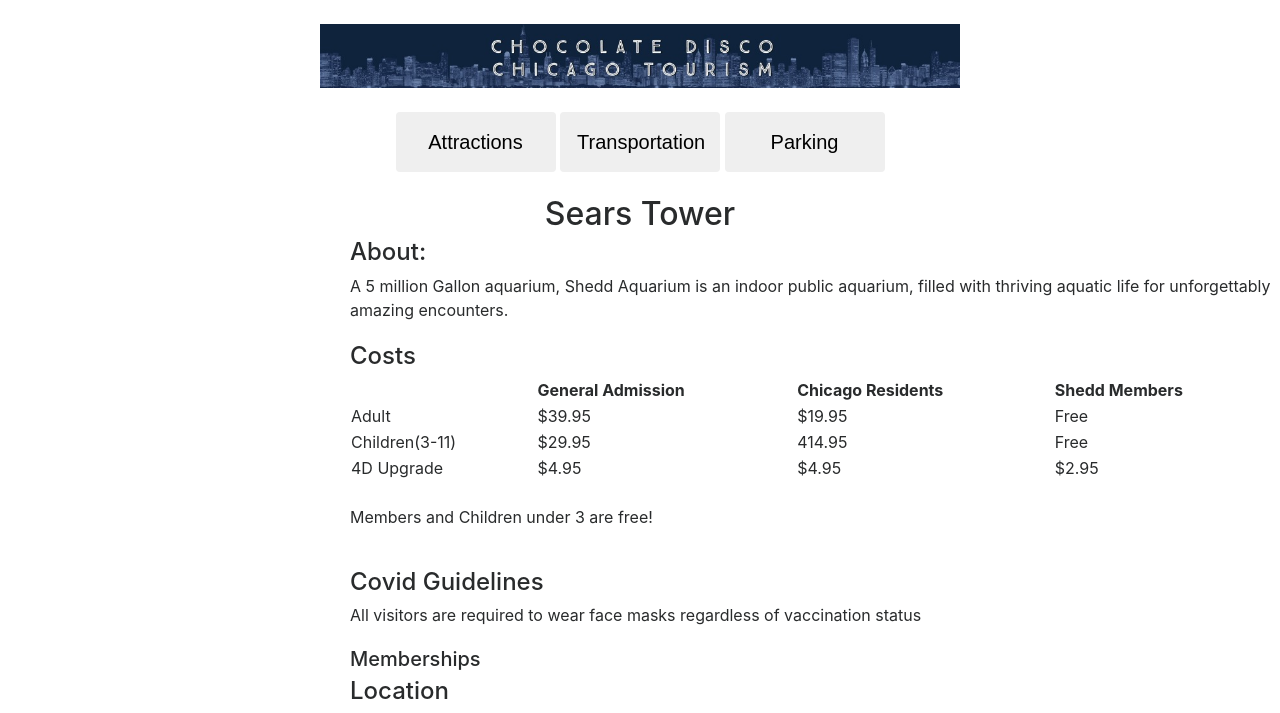
Repository: rkodit2/cs422project
Page: sheddAquarium.html
An editor plug-in stored every save of this project. The page is shown before and after the next save, followed by the edit.
The browser window is 1280 px wide. The pictures show the part of the page from y = 0 to 713 px (the page is 1213 px tall before and 1253 px after).
Pictures or frames that could not be fetched are drawn as grey boxes.

Above is the page before, as saved 2021-11-03 19:46:30.

### sheddAquarium.html
<!DOCTYPE html>
<html>
<head>
    <title>Chocolate Disco Chicago Tourism</title>
    <link rel="stylesheet" href=
    "https://maxcdn.bootstrapcdn.com/bootstrap/4.0.0-alpha.6/css/bootstrap.css">
    <link rel="stylesheet" href="homepage.css">
</head>
<body>
    <br>
    <div id="banner">
      <img src="pictures/banner3.jpg" alt="mainpage banner" class = "center" onclick="location.href='homepage.html';">
    </div>

    <br>
    <div class= "button-center">
        <button type ="button" id="Attractions" class="btn" onclick="location.href='attractions.html';" style="width: 160px; height: 60px; font-size: 20px;"> Attractions </button>
        <button type ="button" id="Transportation" class="btn" onclick="location.href='transportation.html';" style="width: 160px; height: 60px; font-size: 20px"> Transportation </button>
        <button type ="button" id="Parking" class="btn" onclick="location.href='parking.html';" style="width: 160px; height: 60px; font-size: 20px;"> Parking </button>
    </div>
    <br>
    <h2 style="text-align: center;"> Sears Tower </h2>
    <div style = "padding-left: 350px; padding-bottom: 50px;">
        <h4>About:</h4>
        <p style="padding-bottom: 5px;">A 5 million Gallon aquarium, Shedd Aquarium is an indoor public aquarium,
            filled with thriving aquatic life for unforgettably amazing encounters.</p>


        <h4>Costs</h4>

        <table style="width: 100%;">
            <tr>
              <th> </th>
              <th>General Admission</th>
              <th>Chicago Residents</th>
              <th>Shedd Members</th>
            </tr>
            <tr>
              <td>Adult</td>
              <td>$39.95 </td>
              <td>$19.95</td>
              <td>Free</td>
            </tr>
            <tr>
              <td>Children(3-11)</td>
              <td>$29.95</td>
              <td>414.95</td>
              <td>Free</td>
            </tr>
            <tr>
                <td>4D Upgrade</td>
                <td>$4.95</td>
                <td>$4.95</td>
                <td>$2.95</td>
              </tr>
          </table><br>

          <p>Members and Children under 3 are free!
        </p><br>

        <!--
        <p style="padding-bottom: 5px;"> Costs vary based residency: <br>
            Adult (Ages 12+): $39.95 or $19.95 <br>
            Youth (Ages 3-11): $29.95 or $14.95 <br>
            Members and Children under 3 are free!</p>
        -->
        <h4>Covid Guidelines</h4>
        <p style="padding-bottom: 5px;">All visitors are required to wear face masks regardless of vaccination status</p>

        <h5>Memberships</h5>


        <h4>Location</h4>
        <div class="gmap">
            <iframe src="https://www.google.com/maps/embed?pb=!1m18!1m12!1m3!1d20710.383687143636!2d-87.62450009179427!3d41.87211291519135!2m3!1f0!2f0!3f0!3m2!1i1024!2i768!4f13.1!3m3!1m2!1s0x880e2b635fb775f9%3A0x32059de3df50fbdf!2sShedd%20Aquarium!5e0!3m2!1sen!2sus!4v1635986667454!5m2!1sen!2sus" width="600" height="450" style="border:0;" allowfullscreen="" loading="lazy"></iframe>
            <p style="padding-left: 20px; padding-top: 150px; font-size: 20px;">
                1200 S Lake Shore Dr
                <br>
                Chicago, IL 60605
               <br>
               <br>
               <a href="https://www.sheddaquarium.org/" target="_blank">Shedd Aquarium Main Website</a>
            </p>

        </div>
    </div>

</body>
</html>

### homepage.css
.button-center {
    text-align: center;
  }

.viewMore {
    display: flex;
    vertical-align: middle;
}
.center {
  display: block;
  margin-left: auto;
  margin-right: auto;
  width: 50%;
}
.gmap{
  display: flex;
  vertical-align: middle;
}

After the next save:
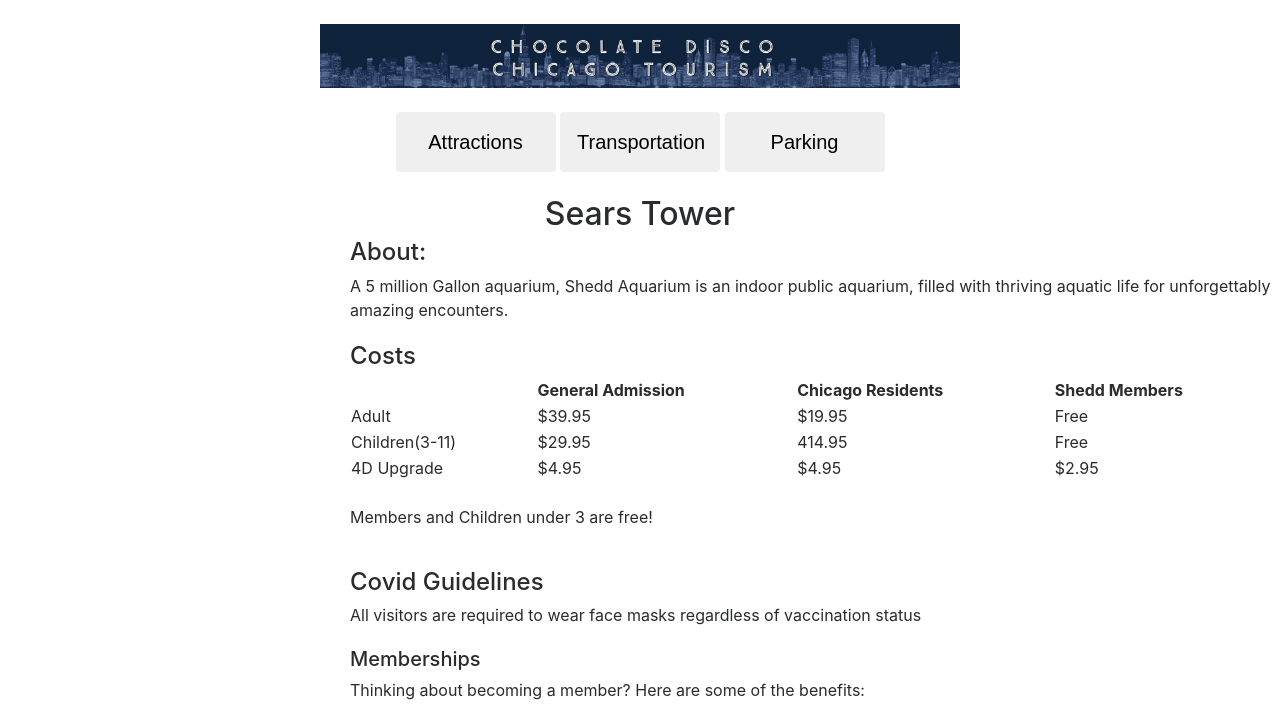
Saved 32 s later.
--- a/sheddAquarium.html
+++ b/sheddAquarium.html
@@ -68,6 +68,7 @@
         <p style="padding-bottom: 5px;">All visitors are required to wear face masks regardless of vaccination status</p>
 
         <h5>Memberships</h5>
+        <p>Thinking about becoming a member? Here are some of the benefits: </p>
 
 
         <h4>Location</h4>
